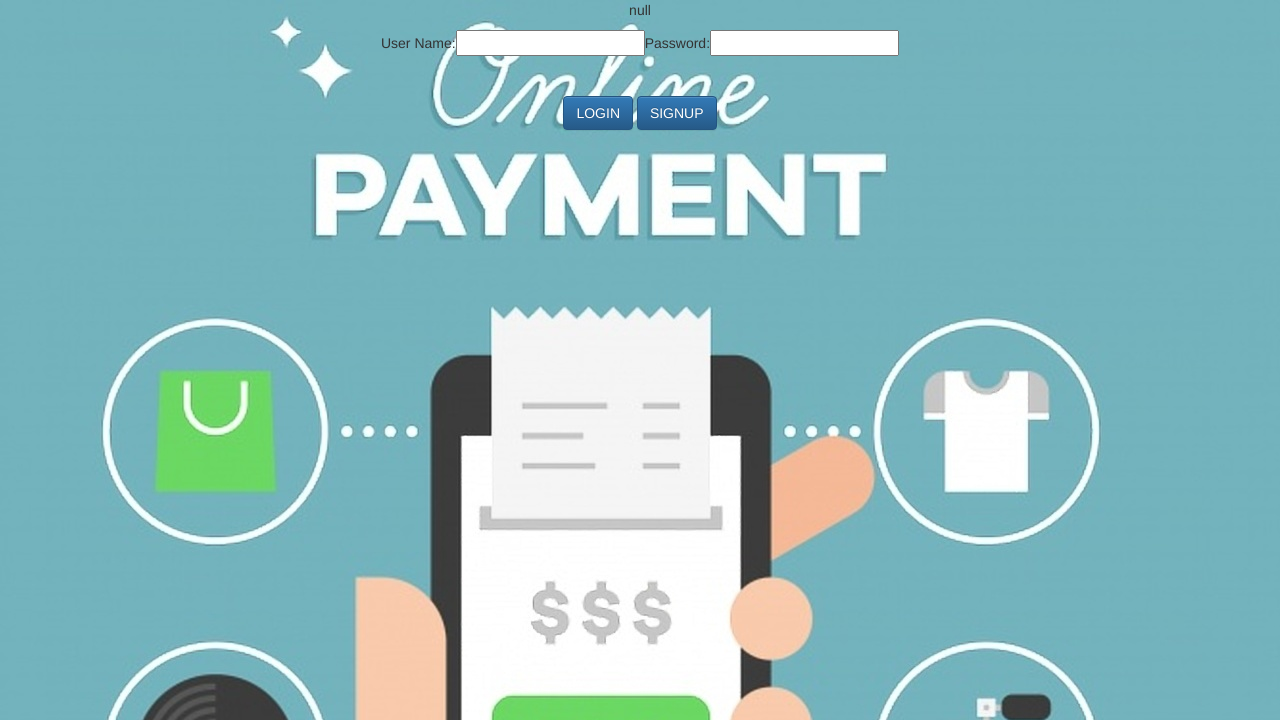
Repository: shaharyar-shamshi/crossplatform
Page: http://localhost/transaction/loginfailed.jsp
These files come from the project's save history. The page is drawn as it stood at one moment and after the next save; the edit follows.
The browser window is 1280 px wide. The pictures show the whole page.
The page is served by Tomcat 9. Other server files are loaded and not shown.

Above is the page before, as saved 2018-02-03 12:22:00.
Console error (its wording comes from the project's code and is left out).

### transaction/WebContent/loginfailed.jsp

    <!DOCTYPE html PUBLIC "-//W3C//DTD HTML 4.01 Transitional//EN" "http://www.w3.org/TR/html4/loose.dtd">
<html>
<head>
	<style type="text/css">
		body
{
	background-image: url(back.jpg);
	font-size: x-large;
}
.login-btn
{
	font-size: x-large;
}
	</style>
	<link rel="stylesheet" href="https://maxcdn.bootstrapcdn.com/bootstrap/3.3.7/css/bootstrap.min.css" integrity="sha384-BVYiiSIFeK1dGmJRAkycuHAHRg32OmUcww7on3RYdg4Va+PmSTsz/K68vbdEjh4u" crossorigin="anonymous">

<!-- Optional theme -->
<link rel="stylesheet" href="https://maxcdn.bootstrapcdn.com/bootstrap/3.3.7/css/bootstrap-theme.min.css" integrity="sha384-rHyoN1iRsVXV4nD0JutlnGaslCJuC7uwjduW9SVrLvRYooPp2bWYgmgJQIXwl/Sp" crossorigin="anonymous">

<!-- Latest compiled and minified JavaScript -->
<script src="https://maxcdn.bootstrapcdn.com/bootstrap/3.3.7/js/bootstrap.min.js" integrity="sha384-Tc5IQib027qvyjSMfHjOMaLkfuWVxZxUPnCJA7l2mCWNIpG9mGCD8wGNIcPD7Txa" crossorigin="anonymous"></script>
<title>Insert title here</title>
</head>
<body>
<p align="center"> <%= request.getAttribute("msg") %> </p>
<form align="center" action="logincheck" method="post">
<table align="center">
<tr>
<td>
User Name:
</td>
<td>
<input type="text" name="userid" length=25/>
</td>
<td> Password:</td>
<td><input type="password" name="password" length=25 /></td>
</tr>
</table>
<br><br>
<tr>
<td>

<button class="btn btn-primary">LOGIN</button>
</td>
<td>

<button class="btn btn-primary">SIGNUP</button>
</td>

</form>

</body>
</html>

After the next save:
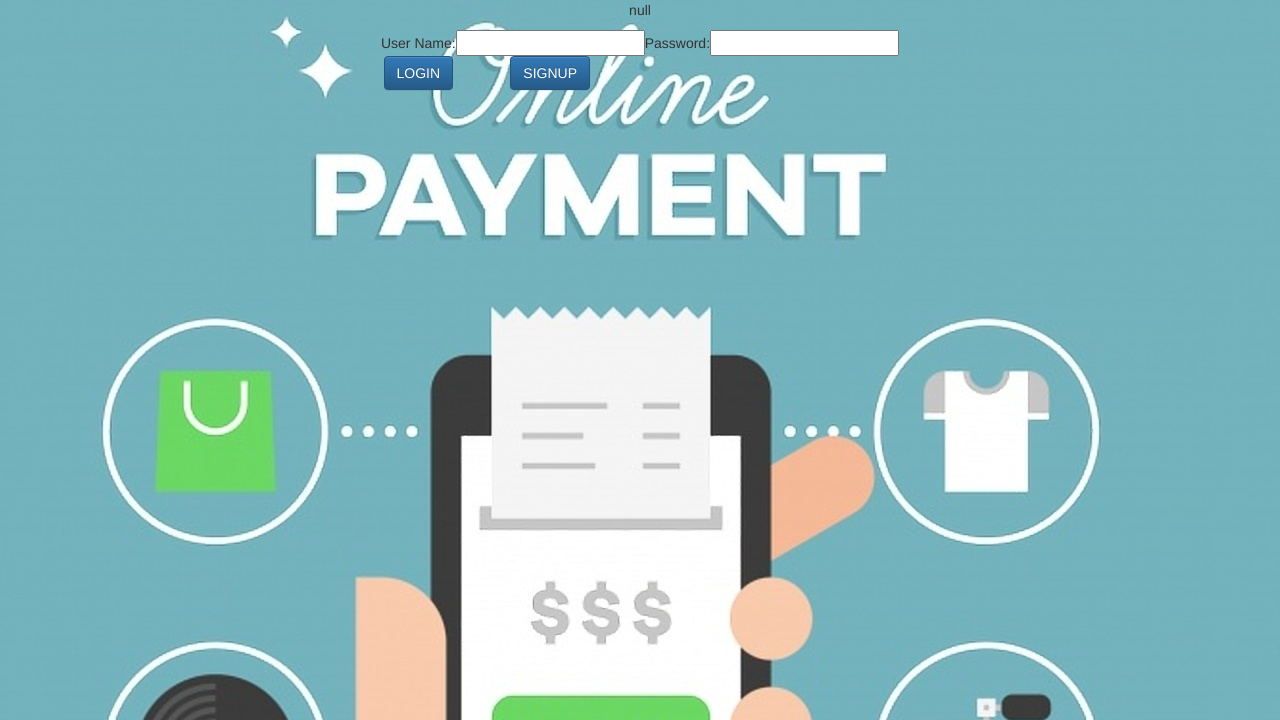
Saved 112 s later.
--- a/transaction/WebContent/loginfailed.jsp
+++ b/transaction/WebContent/loginfailed.jsp
@@ -33,11 +33,13 @@ User Name:
 <td>
 <input type="text" name="userid" length=25/>
 </td>
+
+
 <td> Password:</td>
 <td><input type="password" name="password" length=25 /></td>
 </tr>
-</table>
-<br><br>
+
+
 <tr>
 <td>
 
